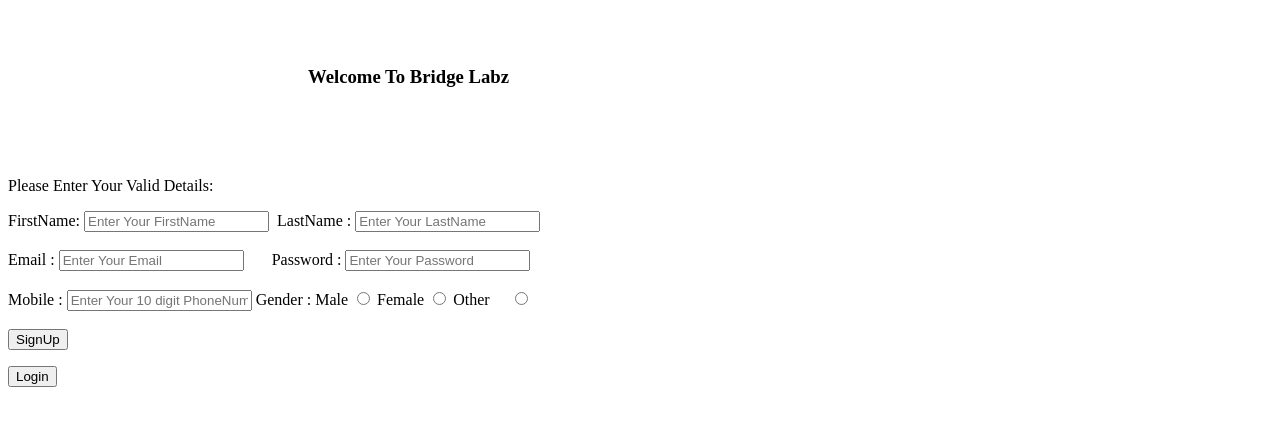
Repository: msibgathulla9980/Servlet
Page: LoginRegistrationApp/WebContent/Registration.html
The author's editor kept a copy of each file at every save. The page is drawn from the files as they stood at one save, then again after the next save.
The browser window is 1280 px wide. The pictures show the whole page.

Above is the page before, as saved 2019-01-23 03:25:26.

After the next save:
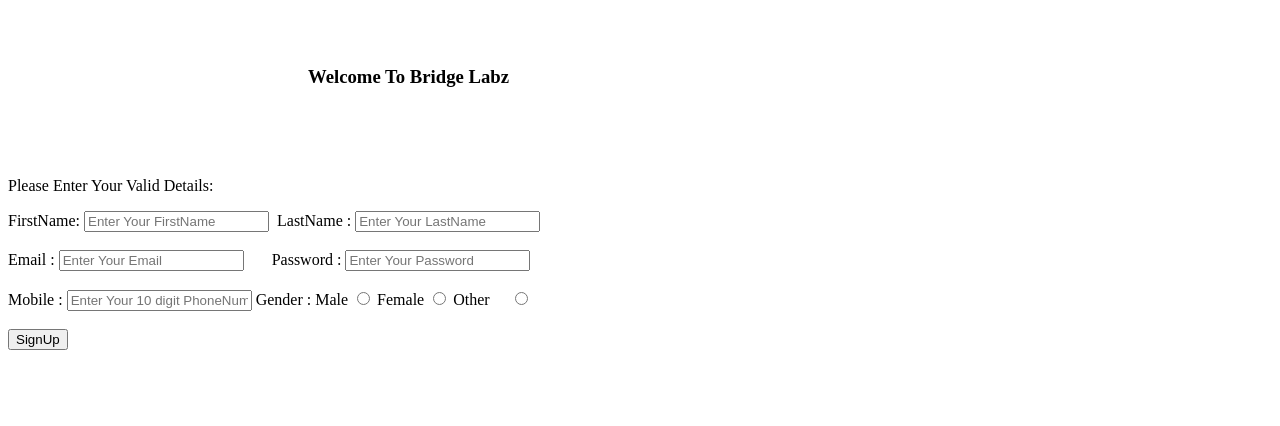
Saved 67 s later.
--- a/LoginRegistrationApp/WebContent/Registration.html
+++ b/LoginRegistrationApp/WebContent/Registration.html
@@ -20,6 +20,6 @@
  <input type="radio" name="gender" id="other" value="other" ><br><br>
 </object><input type="submit" value="SignUp"/>
 </form>
-<a href="login.html"></a><input type="submit" value="Login"/>
+<a href="login.html" value="Login"/>
 </body>
 </html>

After the save that followed:
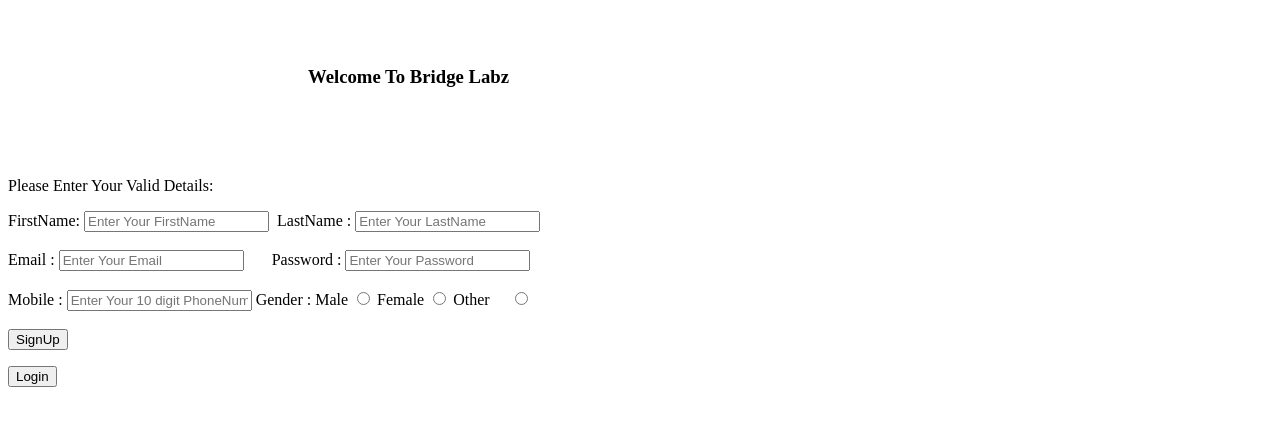
Saved 27 s later.
--- a/LoginRegistrationApp/WebContent/Registration.html
+++ b/LoginRegistrationApp/WebContent/Registration.html
@@ -20,6 +20,6 @@
  <input type="radio" name="gender" id="other" value="other" ><br><br>
 </object><input type="submit" value="SignUp"/>
 </form>
-<a href="login.html" value="Login"/>
+<a href="login.html" ></a><input type="submit" value="Login"/>
 </body>
 </html>
